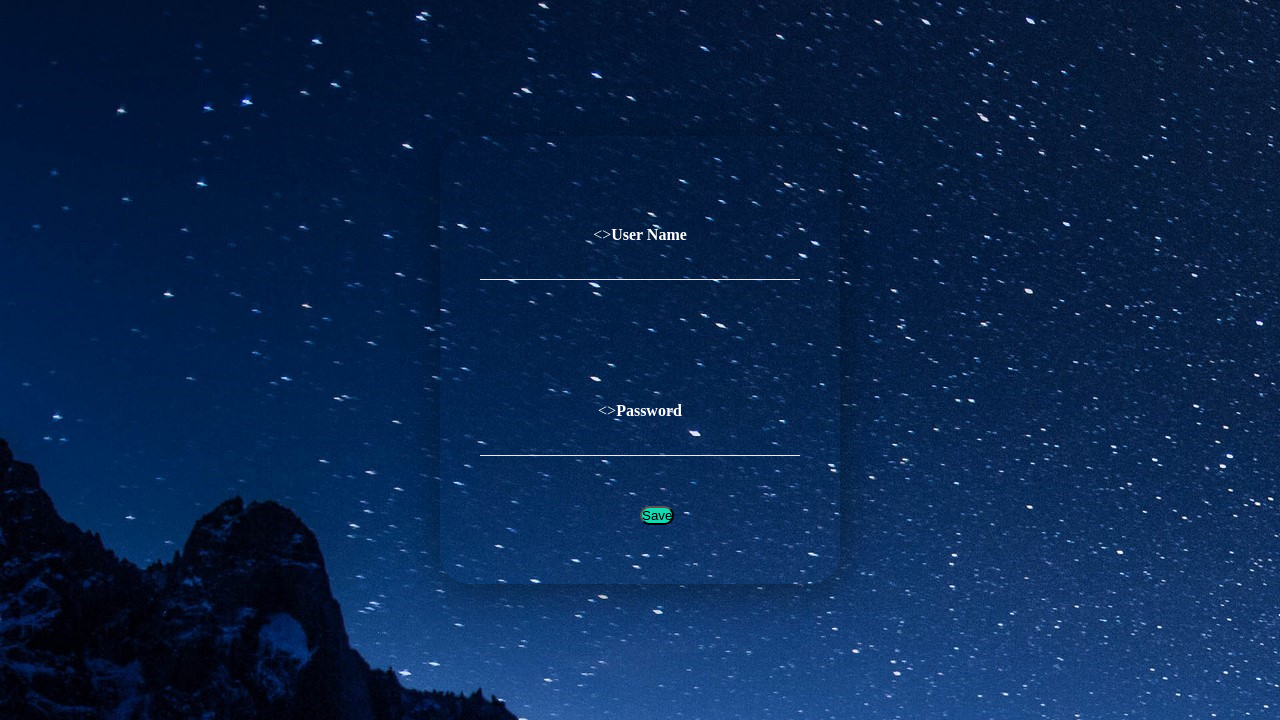
Repository: rkrukshan/Glass_Login_CSS
Page: login.html
The author's editor kept a copy of each file at every save. The page is drawn from the files as they stood at one save, then again after a run of saves.
The browser window is 1280 px wide. The pictures show the whole page.

Above is the page before, as saved 2023-10-03 20:19:14.

### login.html
<!DOCTYPE html>
<html lang="en">

<head>
    <style>
        * {
            margin: 0;
            padding: 0;
            box-sizing: border-box;
            cursor: pointer;
        }

        body {
            height: 100vh;
            width: 100%;
            display: flex;
            justify-content: center;
            align-items: center;
        }

        form {
            width: 25rem;
            height: 28rem;
            flex-direction: column;
            background: rgba(91, 209, 255, 0.06);
            box-shadow: 0 8px 41px 0 rgba(0, 0, 0, 0.37);
            border-radius: 30px;
            border-left: 1px solid rgba(red, green, blue, .3);
            border-top: 1px solid rgba(red, green, blue, .3);
            background: transparent;
            border: solid 1px rgb(black)
        }

        input {
            width: 80%;
            margin: 5% auto;
            margin-bottom: 8%;
            border: none;
            outline: none;
            background: transparent;
            color: white;
            border-bottom: 1px solid rgb(255, 255, 255);
            opacity: .9;
        }

        button {
            background-color: rgb(23, 214, 176);
            position: absolute;
            align-items: center;
            border-radius: 50px;

        }
    </style>
    <meta charset="UTF-8">
    <meta name="viewport" content="width=device-width, initial-scale=1.0">
    <title>Document</title>
</head>

<body style="background-image: url(images/2.jpg);">
    <form action="">
        <center>
            <br><br><br><br><br>
            <center><label for="" style="color:white">
                    <><strong>User Name</strong></>
                </label>
                <input type="text">
            </center>
            <br><br><br><br><br>
            <center><label for="" style="color:white">
                    <><strong>Password</strong></>
                    <input type="text">
                </label></center>
            <br>
            <button>Save</button>
        </center>
    </form>
</body>

</html>

After the next 2 saves:
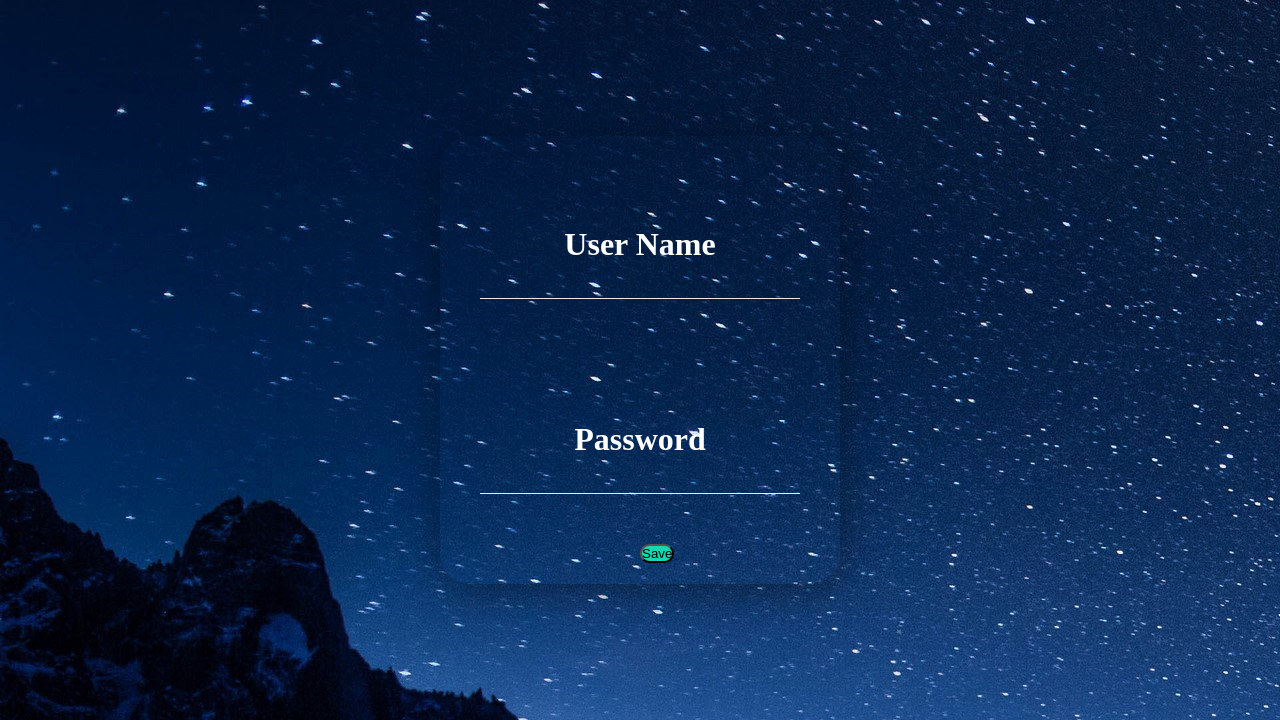
The 2 saves are shown as one change because they came seconds apart.
The last was saved 6 s later.
--- a/login.html
+++ b/login.html
@@ -61,13 +61,13 @@
         <center>
             <br><br><br><br><br>
             <center><label for="" style="color:white">
-                    <><strong>User Name</strong></>
+                    <h1><strong>User Name</strong></h1>
                 </label>
                 <input type="text">
             </center>
             <br><br><br><br><br>
             <center><label for="" style="color:white">
-                    <><strong>Password</strong></>
+                    <h1><strong>Password</strong></h1>
                     <input type="text">
                 </label></center>
             <br>
